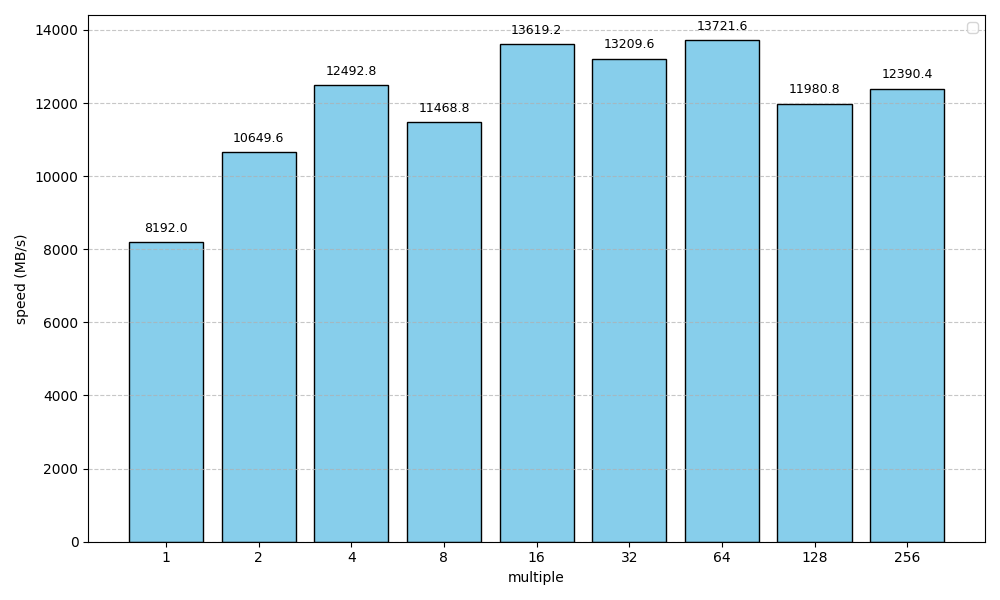
Repository: RUCICS/meowhw-zmjikk
Script's output: python plot_buffer_rates.py
The author's editor kept a copy of each file at every save. The script's output is drawn from the files as they stood at one save, then again after the next save.
Random numbers start from a fixed seed.

Above is the script's output before, as saved 2025-06-18 14:44:58.

### plot_buffer_rates.py
import numpy as np
import matplotlib.pyplot as plt

# 测试数据
multipliers = [1, 2, 4, 8, 16, 32, 64, 128, 256]
buffer_sizes = [4096 * m for m in multipliers]
speeds = [8192, 10649.6, 12492.8, 11468.8, 13619.2, 13209.6, 13721.6, 11980.8, 12390.4]  # MB/s

# 绘制柱状图
plt.figure(figsize=(10, 6))
bars = plt.bar([str(m) for m in multipliers], speeds, color='skyblue', edgecolor='black')
plt.xlabel('multiple')
plt.ylabel('speed (MB/s)')
plt.grid(True, axis='y', linestyle='--', alpha=0.7)
plt.legend()

# 在柱子上标注速度值
for bar, speed in zip(bars, speeds):
    plt.text(bar.get_x() + bar.get_width() / 2, speed + 200, f'{speed:.1f}',
             ha='center', va='bottom', fontsize=9)

plt.tight_layout()
plt.show()

After the next save:
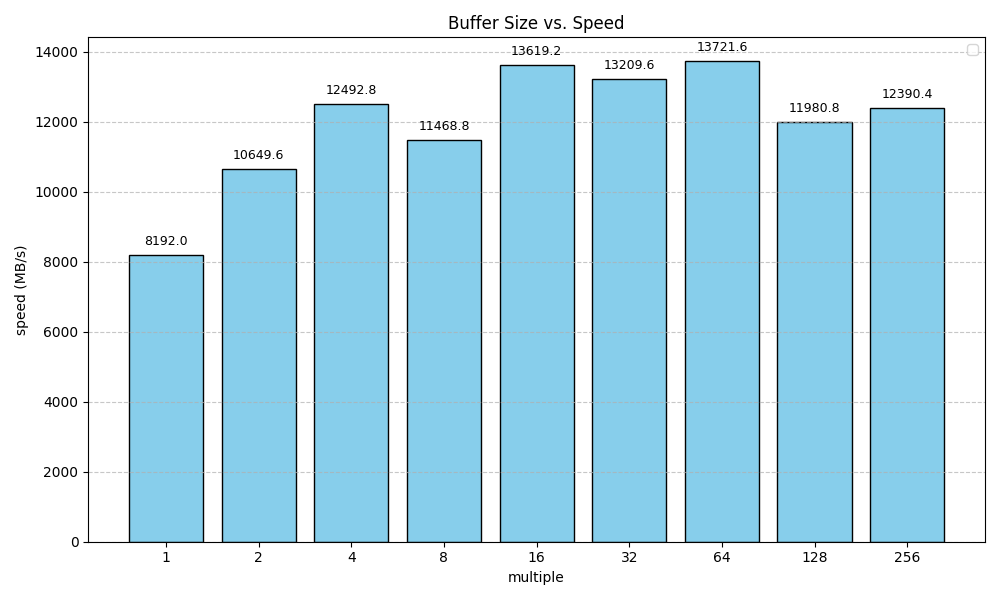
Saved 56 s later.
--- a/plot_buffer_rates.py
+++ b/plot_buffer_rates.py
@@ -11,6 +11,7 @@ plt.figure(figsize=(10, 6))
 bars = plt.bar([str(m) for m in multipliers], speeds, color='skyblue', edgecolor='black')
 plt.xlabel('multiple')
 plt.ylabel('speed (MB/s)')
+plt.title('Buffer Size vs. Speed')
 plt.grid(True, axis='y', linestyle='--', alpha=0.7)
 plt.legend()
 
